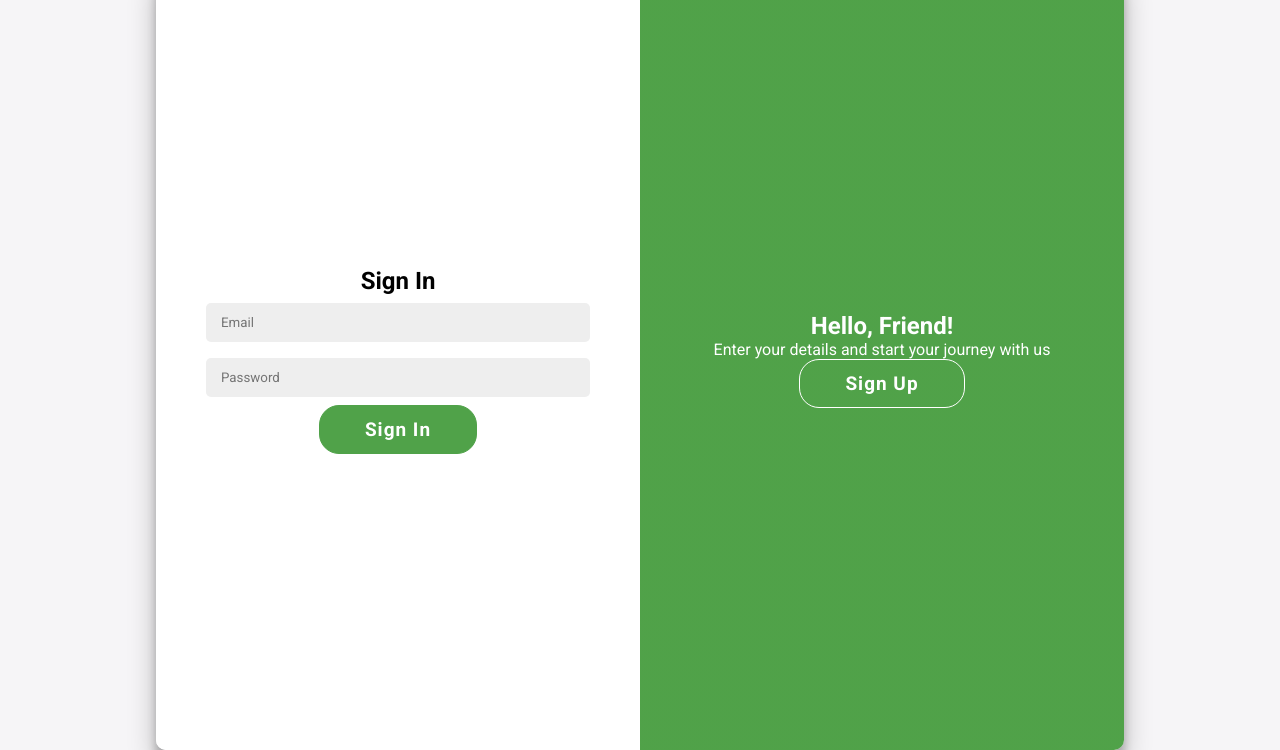
Repository: LatikaAdhikari064/Tuition_Website
Page: website_new/content/signin.html
An editor plug-in stored every save of this project. The page is shown before and after the next save, followed by the edit.
The browser window is 1280 px wide. The pictures show the whole page.

Above is the page before, as saved 2025-10-08 10:56:55.

After the next save:
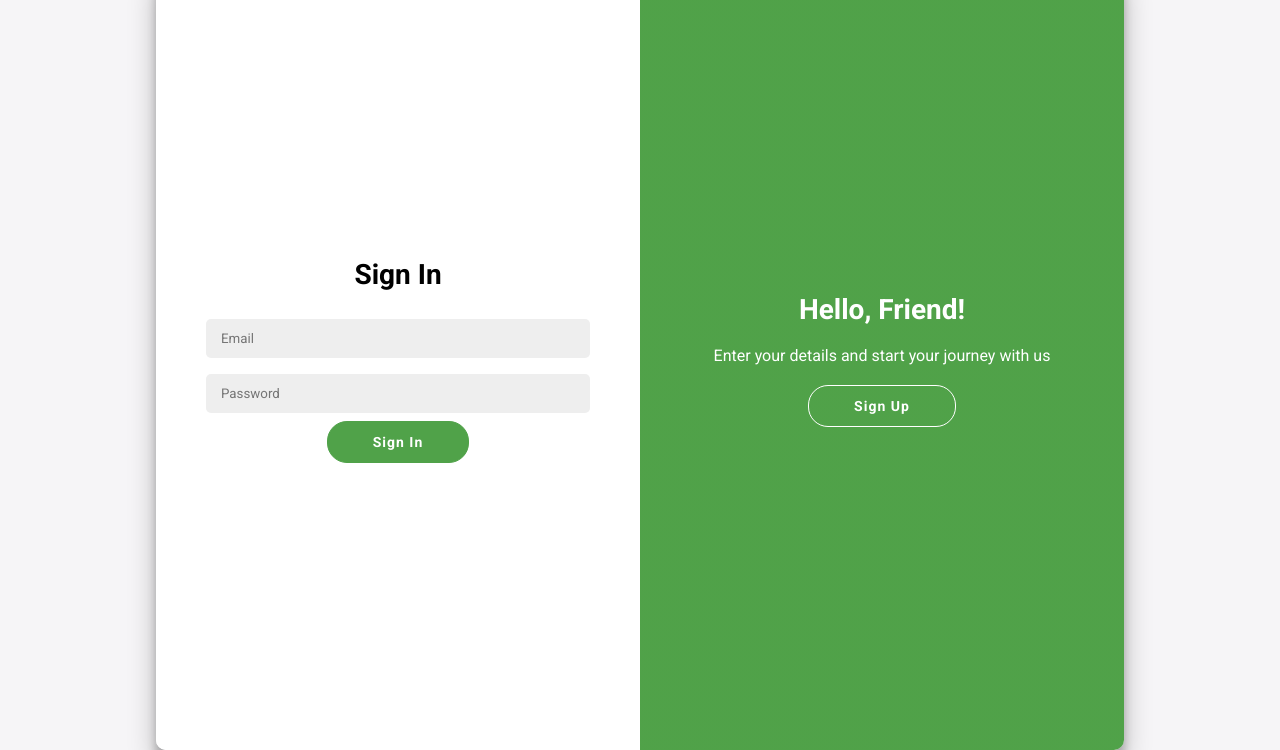
Saved 2 min 10 s later.
--- a/website_new/content/signin.css
+++ b/website_new/content/signin.css
@@ -67,18 +67,34 @@ input {
     border-radius: 5px;
 }
 
+h2 {
+    font-size: 28px; /* Headings ke liye badi size */
+    font-weight: 700;
+    margin-bottom: 20px;
+}
+
+p {
+    font-size: 16px; /* Paragraph text ke liye medium size */
+    margin-bottom: 20px;
+}
+
 button {
+    font-size: 14px; /* Buttons ke liye chhoti size */
+    font-weight: bold;
     border-radius: 20px;
     border: 1px solid hsl(115, 38%, 46%);
     background-color: hsl(115, 38%, 46%);
     color: #fff;
-    font-size: 19px;
-    font-weight: bold;
     padding: 12px 45px;
     letter-spacing: 1px;
     cursor: pointer;
     transition: transform 0.3s ease;
 }
+
+button:hover {
+    transform: scale(1.05);
+}
+
 
 button:hover {
     transform: scale(1.05);
